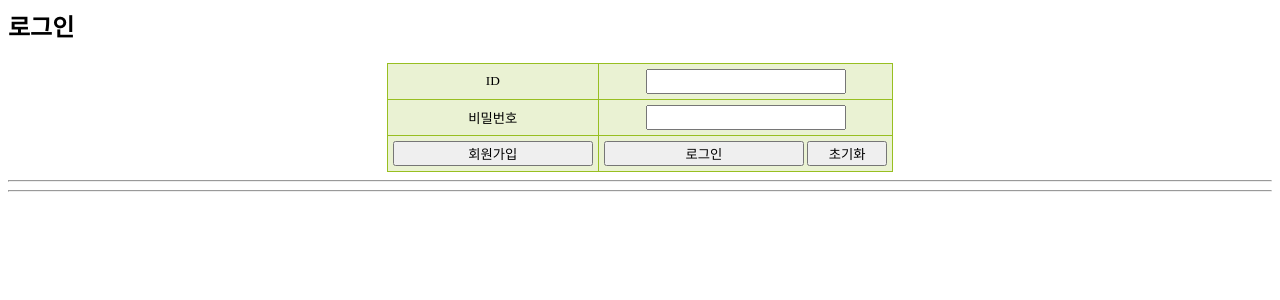
Repository: lmcoa15/Movie
Page: http://localhost/movie/user/user_login.jsp
These files come from the project's save history. The page is drawn as it stood at one moment and after the next save; the edit follows.
The browser window is 1280 px wide. The pictures show the whole page.
The page is served by Tomcat 9.

Above is the page before, as saved 2015-12-08 15:40:58.

After the next save:
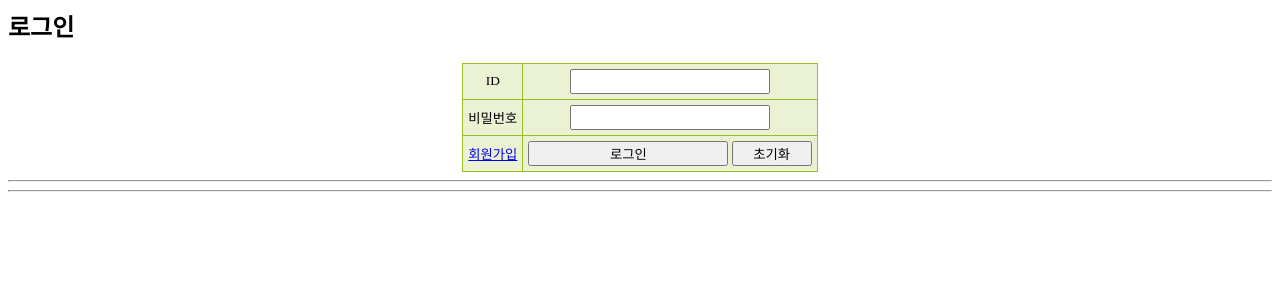
Saved 2 min 30 s later.
--- a/workspace/movie/WebContent/user/user_login.jsp
+++ b/workspace/movie/WebContent/user/user_login.jsp
@@ -9,12 +9,11 @@
 </head>
 <%String films_id=request.getParameter("id_film");
 	System.out.println(films_id);
-%>
+	%>
 <body>
 <h2>로그인</h2>
 	<form method ="post" action="membership_control.jsp" name="form1">
 	<input type=hidden name="action" value="login">
-	<input type=hidden name="films_id" value="<%=films_id%>">
 	<table width="250" border="1"align="center" cellspacing="0"
 												cellpadding="5">
 
@@ -29,7 +28,7 @@
 	</tr>
 
 	<tr>
-		<td><input type="Submit" name="membership_button" value="회원가입"></td>
+		<td><a href="user_membership.jsp">회원가입</a></td>
 		<td><input type="Submit" name="login_button" value="로그인" size=1>
 			<input type="reset" name="initialization_button" value="초기화" size=1>
 		</td>
